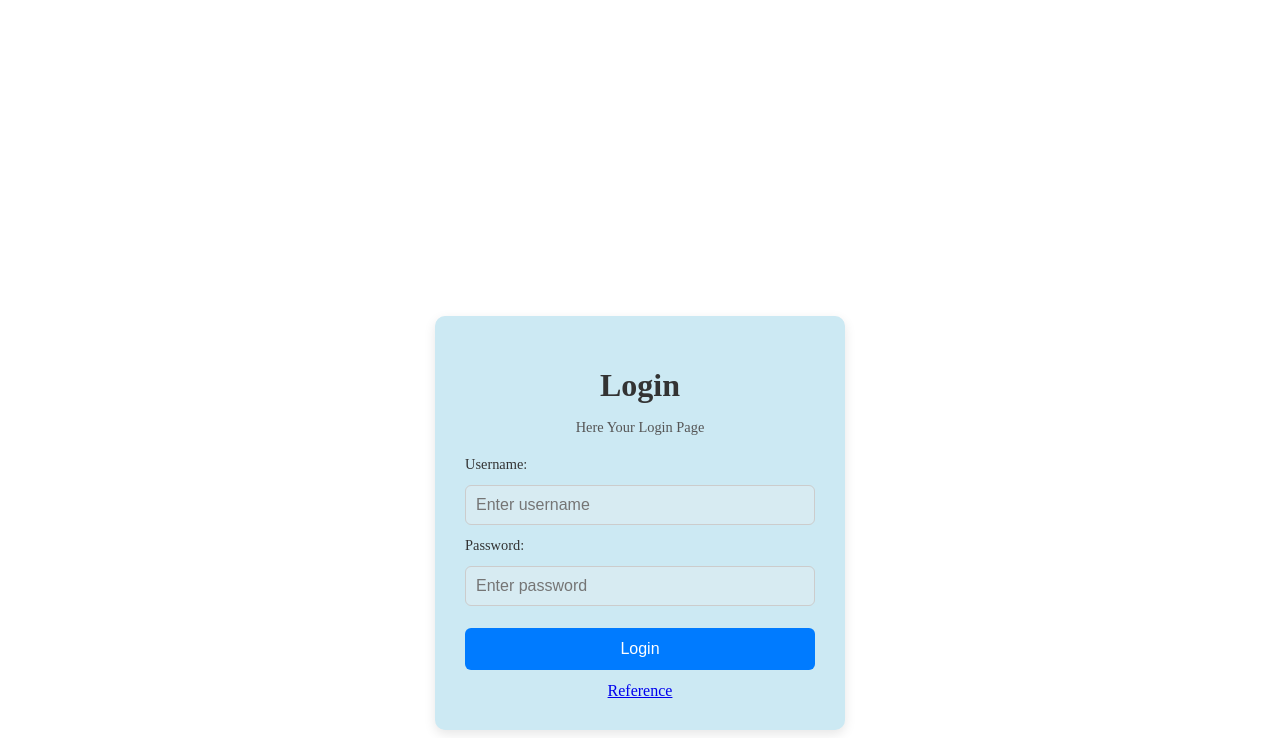
Repository: AdityaTech-Pro/FullStackWithBridgelabz
Page: login form/index.html
These files come from the project's save history. The page is drawn as it stood at one moment and after the next save; the edit follows.
The browser window is 1280 px wide. The pictures show the whole page.

Above is the page before, as saved 2025-11-17 09:45:41.
Console error: ReferenceError: inputUsername is not defined

After the next save:
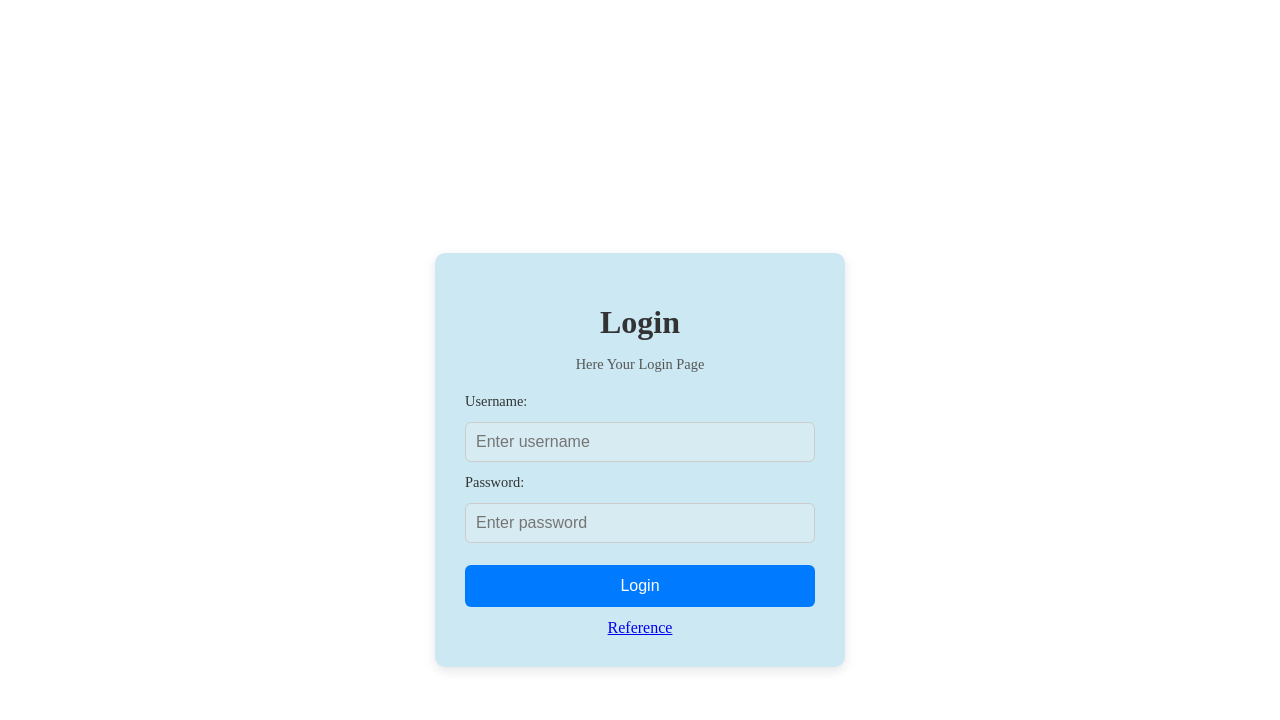
Saved 5 s later.
--- a/login form/style.css
+++ b/login form/style.css
@@ -20,7 +20,7 @@ body {
   box-shadow: 0 4px 12px rgba(0, 0, 0, 0.1); /* Soft shadow */
   text-align: center;
     margin: auto;
-    margin-top: 25%;
+    margin-top: 20%;
 
 
 }
